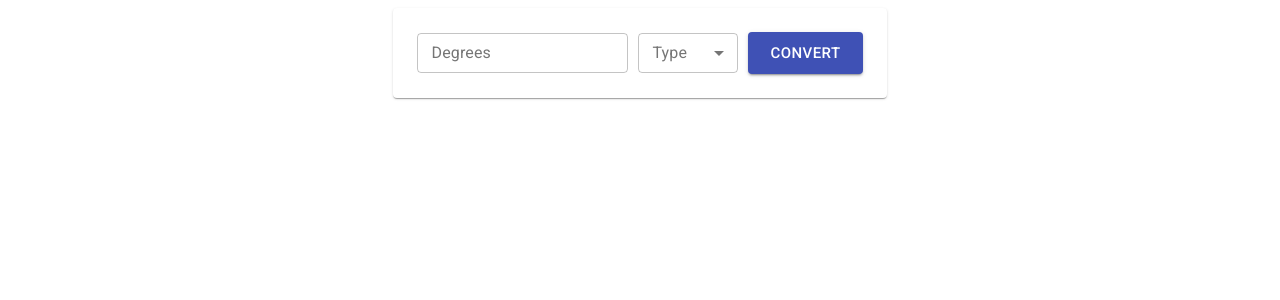
Repository: zum281/temperature-converter
Page: /
The author's editor kept a copy of each file at every save. The page is drawn from the files as they stood at one save, then again after the next save.
The browser window is 1280 px wide. The pictures show the whole page.
The project was rebuilt for these pictures with package versions that can differ from the ones it lists, and the page was loaded fresh each time. Also part of the build but not shown: src/index.css.

Above is the page before, as saved 2021-07-09 13:42:48.

After the next save:
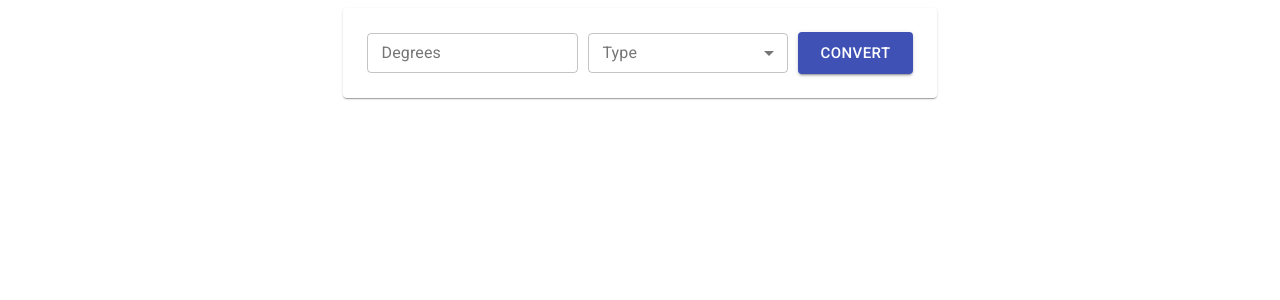
Saved 4 s later.
--- a/src/App.js
+++ b/src/App.js
@@ -20,7 +20,7 @@ const useStyles = makeStyles((theme) => {
             gap: "10px",
         },
         select: {
-            minWidth: "100px",
+            minWidth: "200px",
         },
     };
 });
